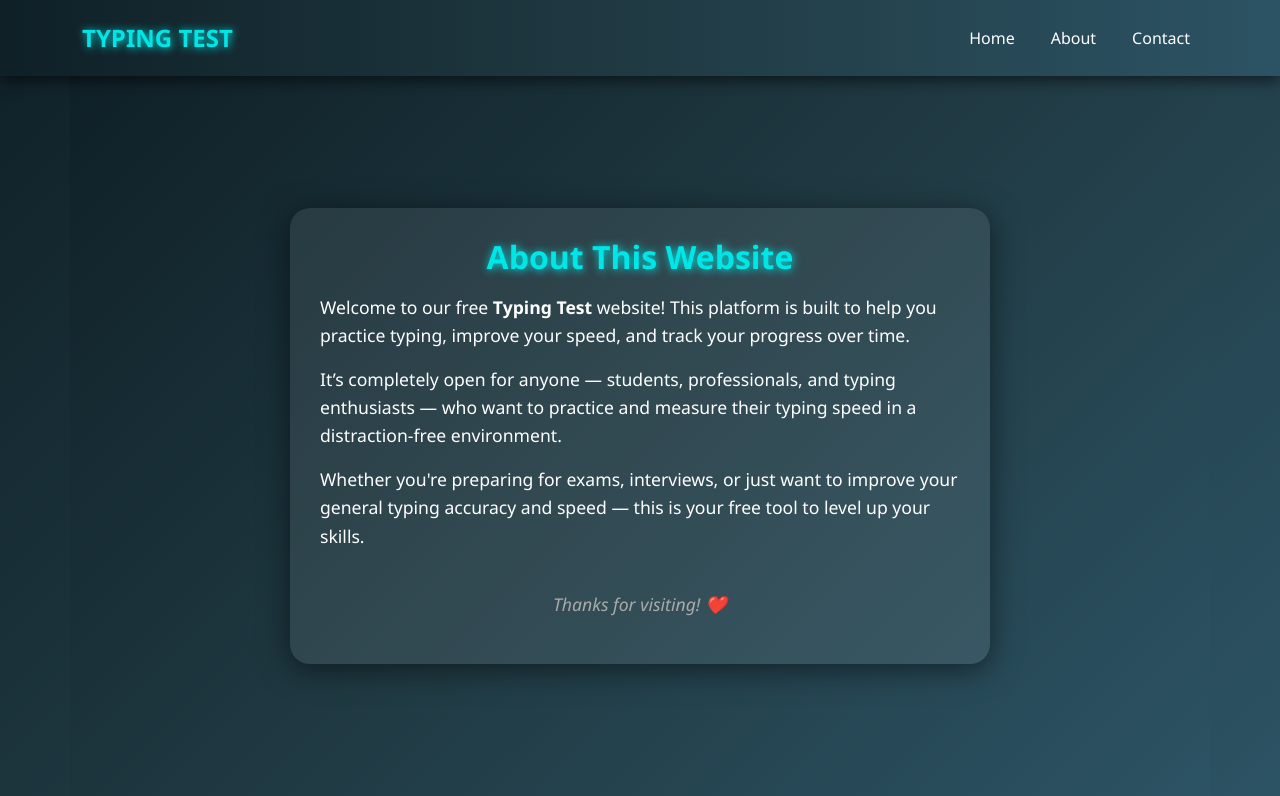
Repository: SHAHZADcodr/typing-test-react
Page: /about
The author's editor kept a copy of each file at every save. The page is drawn from the files as they stood at one save, then again after a run of saves.
The browser window is 1280 px wide. The pictures show the whole page.
The project was rebuilt for these pictures with package versions that can differ from the ones it lists, and the page was loaded fresh each time. Also part of the build but not shown: src/customCss/Home.css, src/pages/Home.jsx, src/customCss/Contact.css, src/pages/Contact.jsx, src/customCss/Game.css, src/pages/Game.jsx, src/customCss/GameOver.css, src/pages/GameOver.jsx. Imported but missing from the stored project, and not drawn on this page: src/assets/background.mp3, src/assets/pop.mp3.

Above is the page before, as saved 2025-04-09 15:35:55.

### src/index.js
import React from 'react';
import "bootstrap/dist/css/bootstrap.min.css";
import ReactDOM from 'react-dom/client';
import './index.css';
import App from './App';
import { BrowserRouter } from 'react-router-dom';
import reportWebVitals from './reportWebVitals';

const root = ReactDOM.createRoot(document.getElementById('root'));
root.render(
  <React.StrictMode>
    <BrowserRouter>
      <App />
    </BrowserRouter>
  </React.StrictMode>
);

// If you want to start measuring performance in your app, pass a function
// to log results (for example: reportWebVitals(console.log))
// or send to an analytics endpoint. Learn more: https://bit.ly/CRA-vitals
reportWebVitals();

### src/index.css
body {
  margin: 0;
  background: linear-gradient(135deg, #0f2027,
  #203a43, #2c5364);
}

### src/App.js
import {Routes,Route} from "react-router-dom";
import './App.css';
//pages
import Home  from "./pages/Home";
import About from "./pages/About";
import Contact from "./pages/Contact";
import Game from "./pages/Game";
import GameOver from "./pages/GameOver";

//components
import Navigation from "./components/Navbar";

function App() {
  return (
    <>
    <Navigation/>
    <Routes>
      <Route path="/" element={<Home/>}/>
      <Route path="*" element={<Home/>}/>
      <Route path="/about" element={<About/>}/>
      <Route path="/contact" element={<Contact/>}/>
      <Route path="/game" element={<Game/>}/>
      <Route path="/gameOver" element={<GameOver/>}/>

    </Routes>
    </>

  );
}

export default App;

### src/App.css
.custom-navbar {
  background: linear-gradient(to right, #0f2027, #203a43, #2c5364) !important;
  padding: 15px 20px;
  box-shadow: 0 4px 15px rgba(0, 0, 0, 0.6);
  font-family: 'Segoe UI', Tahoma, Geneva, Verdana, sans-serif;
}

.custom-navbar .navbar-brand {
  color: #00e6e6 !important;
  font-weight: bold;
  font-size: 1.5rem;
  text-shadow: 1px 1px 8px #00e6e6;
}

.custom-navbar .nav-link {
  color: #ffffff !important;
  margin-left: 20px;
  transition: color 0.3s ease, transform 0.2s ease;
  font-weight: 500;
}

.custom-navbar .nav-link:hover {
  color: #00e6e6 !important;
  transform: scale(1.05);
  text-shadow: 0 0 5px #00e6e6;
}

.custom-navbar .navbar-toggler {
  background-color: #00e6e6;
}

### src/pages/About.jsx
import React from 'react';
import { Container, Card } from 'react-bootstrap';
import '../customCss/About.css'; // Make sure the path is correct

const About = () => {
  return (
    <Container className="about-container">
      <Card className="about-card">
        <h2 className="mb-3 text-center">About This Website </h2>
        <p>
          Welcome to our free <strong>Typing Test</strong> website! This platform is built to help you practice typing, improve your speed, and track your progress over time.
        </p>
        <p>It’s completely open for anyone — students, professionals, and typing enthusiasts — who want to practice and measure their typing speed in a distraction-free environment.</p>

        <p>
          Whether you're preparing for exams, interviews, or just want to improve your general typing accuracy and speed — this is your free tool to level up your skills.
        </p>
        <p className="text-muted text-center mt-4">Thanks for visiting! ❤️</p>
      </Card>
    </Container>
  );
};

export default About;

### src/components/Navbar.jsx
import React from 'react';
import { Navbar, Nav, Container } from 'react-bootstrap';
import { Link } from 'react-router-dom';
import '../App.css'; // Make sure this path is correct

const Navigation = () => {
  return (
    <Navbar expand="lg" className="custom-navbar" variant="dark">
      <Container>
        <Navbar.Brand as={Link} to="/">TYPING TEST</Navbar.Brand>
        <Navbar.Toggle aria-controls="basic-navbar-nav" />
        <Navbar.Collapse id="basic-navbar-nav">
          <Nav className="ms-auto">
            <Nav.Link as={Link} to="/">Home</Nav.Link>
            <Nav.Link as={Link} to="/about">About</Nav.Link>
            <Nav.Link as={Link} to="/contact">Contact</Nav.Link>
          </Nav>
        </Navbar.Collapse>
      </Container>
    </Navbar>
  );
};

export default Navigation;

### src/customCss/About.css
.about-container {
    min-height: 100vh;
    background: linear-gradient(135deg, #0f2027, #203a43, #2c5364);
    display: flex;
    align-items: center;
    justify-content: center;
    padding: 40px 20px;
    font-family: 'Segoe UI', Tahoma, Geneva, Verdana, sans-serif;
    color: #ffffff;
  }

  .about-card {
    background-color: rgba(255, 255, 255, 0.08);
    border: none;
    border-radius: 20px;
    padding: 30px;
    box-shadow: 0 6px 30px rgba(0, 0, 0, 0.5);
    max-width: 700px;
    width: 100%;
    color: #ffffff;
  }

  .about-card h2 {
    color: #00e6e6;
    text-shadow: 1px 1px 8px #00e6e6;
    font-weight: bold;
  }

  .about-card p {
    font-size: 1.1rem;
    line-height: 1.6;
  }

  .about-card .text-muted {
    color: #aaa !important;
    font-style: italic;
  }

Loaded but not shown: public/index.html (common file); src/reportWebVitals.js (common file)

After the next 2 saves:
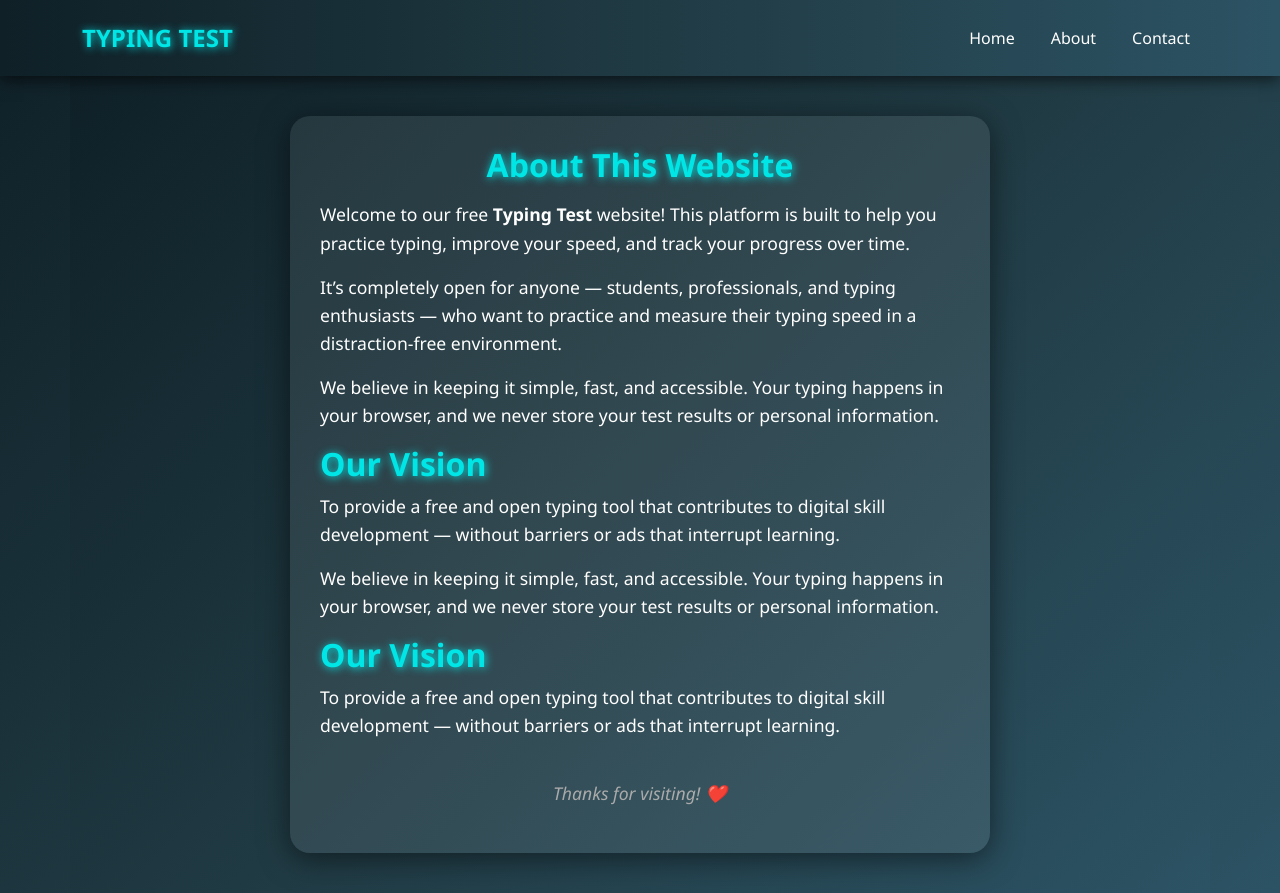
The 2 saves are shown as one change because they came seconds apart.
The last was saved 23 s later.
--- a/src/pages/About.jsx
+++ b/src/pages/About.jsx
@@ -11,10 +11,15 @@ const About = () => {
           Welcome to our free <strong>Typing Test</strong> website! This platform is built to help you practice typing, improve your speed, and track your progress over time.
         </p>
         <p>It’s completely open for anyone — students, professionals, and typing enthusiasts — who want to practice and measure their typing speed in a distraction-free environment.</p>
+ <p>We believe in keeping it simple, fast, and accessible. Your typing happens in your browser, and we never store your test results or personal information.</p>
 
-        <p>
-          Whether you're preparing for exams, interviews, or just want to improve your general typing accuracy and speed — this is your free tool to level up your skills.
-        </p>
+  <h2>Our Vision</h2>
+  <p>To provide a free and open typing tool that contributes to digital skill development — without barriers or ads that interrupt learning.</p>
+         <p>We believe in keeping it simple, fast, and accessible. Your typing happens in your browser, and we never store your test results or personal information.</p>
+
+  <h2>Our Vision</h2>
+  <p>To provide a free and open typing tool that contributes to digital skill development — without barriers or ads that interrupt learning.</p>
+
         <p className="text-muted text-center mt-4">Thanks for visiting! ❤️</p>
       </Card>
     </Container>
